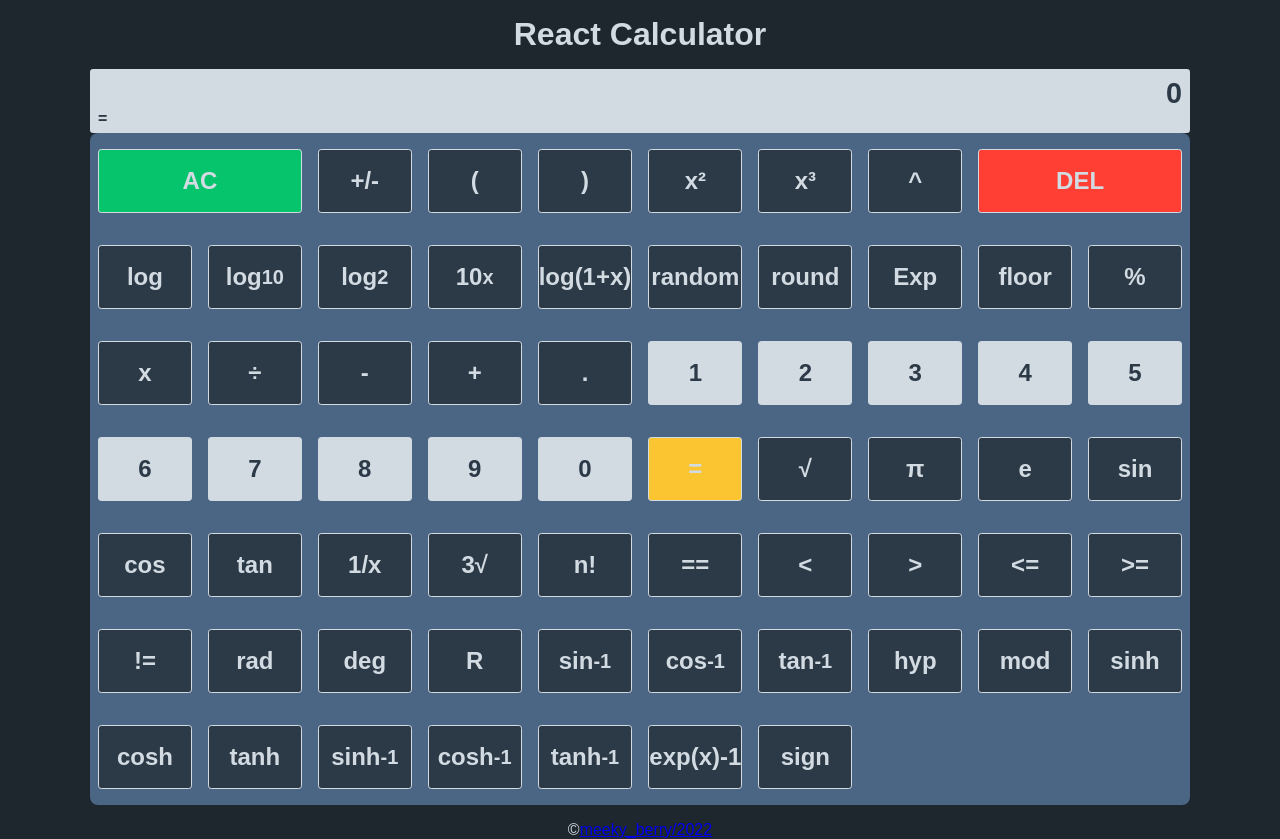
Repository: MikkyPrestige/calculator
Page: /
These files come from the project's save history. The page is drawn as it stood at one moment and after the next save; the edit follows.
The browser window is 1280 px wide. The pictures show the whole page.
The project was rebuilt for these pictures with package versions that can differ from the ones it lists, and the page was loaded fresh each time.

Above is the page before, as saved 2022-11-17 22:18:41.

After the next save:
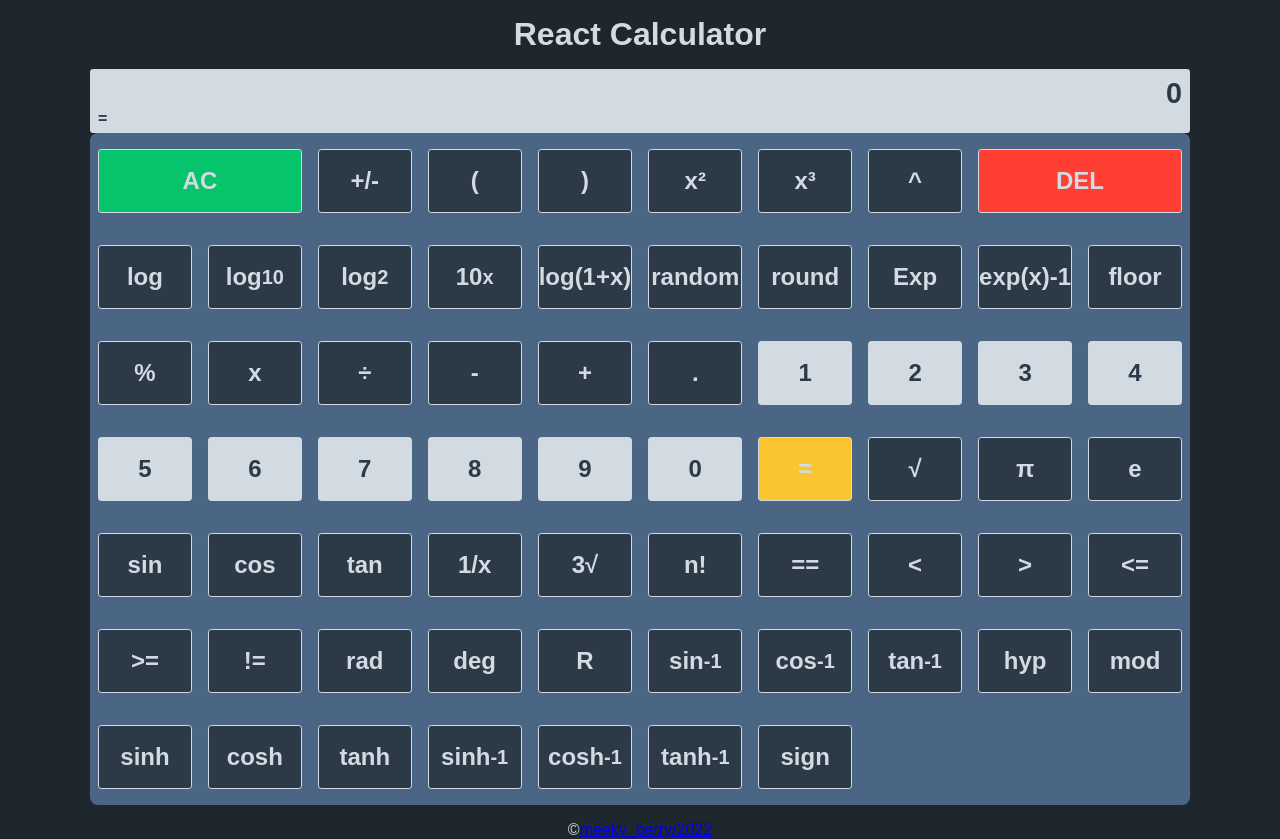
Saved 34 s later.
--- a/src/App.js
+++ b/src/App.js
@@ -552,6 +552,7 @@ function App() {
           <button onClick={random} className='operator'>random</button>
           <button onClick={round} className='operator'>round</button>
           <button onClick={exponential} className='operator'>Exp</button>
+          <button onClick={expm1} className='operator'>exp(x)-1</button>
           <button onClick={floor} className='operator'>floor</button>
           <button onClick={percentage} className='operator'>%</button>
           <button onClick={() => updateCalc('*')} className='operator'>x</button>
@@ -593,7 +594,6 @@ function App() {
           <button onClick={asinh} className='operator'>sinh<sup>-1</sup></button>
           <button onClick={acosh} className='operator'>cosh<sup>-1</sup></button>
           <button onClick={atanh} className='operator'>tanh<sup>-1</sup></button>
-          <button onClick={expm1} className='operator'>exp(x)-1</button>
           <button onClick={sign} className='operator'>sign</button>
         </div>
       </div>
